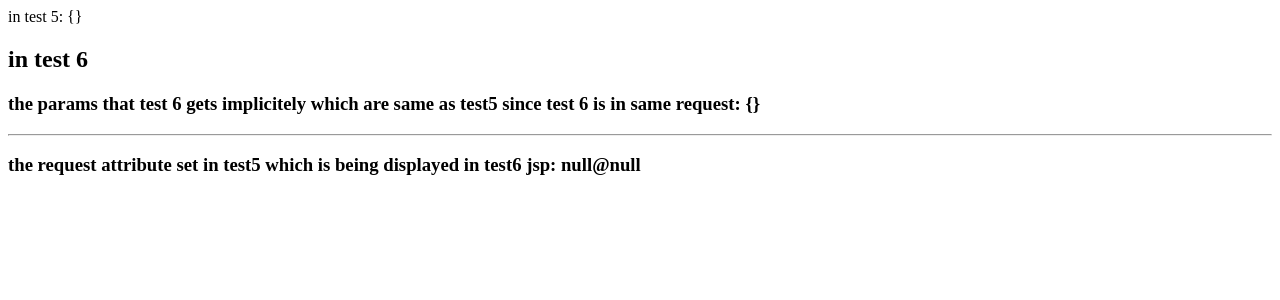
Repository: akshay399/adv-java-daywise
Page: http://localhost/day6.1_rerun/test5.jsp
These files come from the project's save history. The page is drawn as it stood at one moment and after a run of saves; the edit follows.
The browser window is 1280 px wide. The pictures show the whole page.
The page is served by Tomcat 9. Nobody is signed in. The application's start-up code is not run.

Above is the page before, as saved 2022-11-28 17:26:14.

After the next 2 saves:
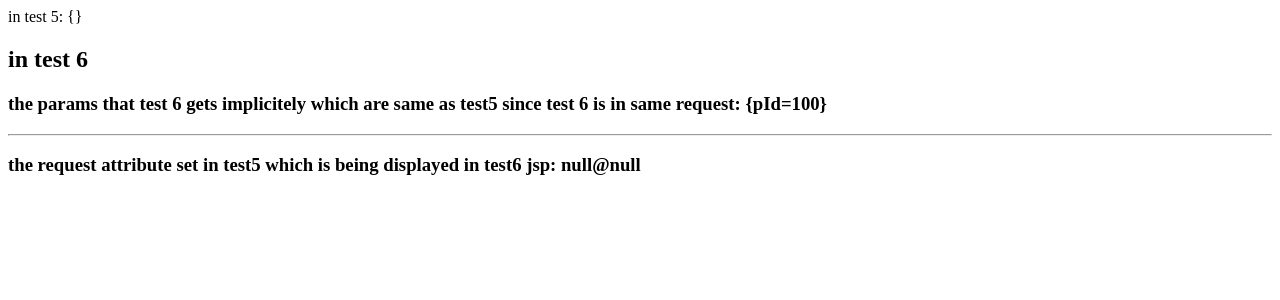
The 2 saves are shown as one change because 1 did not build or start.
The last was saved 70 s later.
--- a/day6.1_rerun/src/main/webapp/test5.jsp
+++ b/day6.1_rerun/src/main/webapp/test5.jsp
@@ -9,6 +9,8 @@
 <body>
 in test 5: ${param}
 <% request.setAttribute("product_details", request.getParameter("product_name") + "@" + request.getParameter("price"));%>
-<jsp:include page="test6.jsp" />
+<jsp:include page="test6.jsp">
+<jsp:param value="100" name="pId" />
+</jsp:include>
 </body>
 </html>
